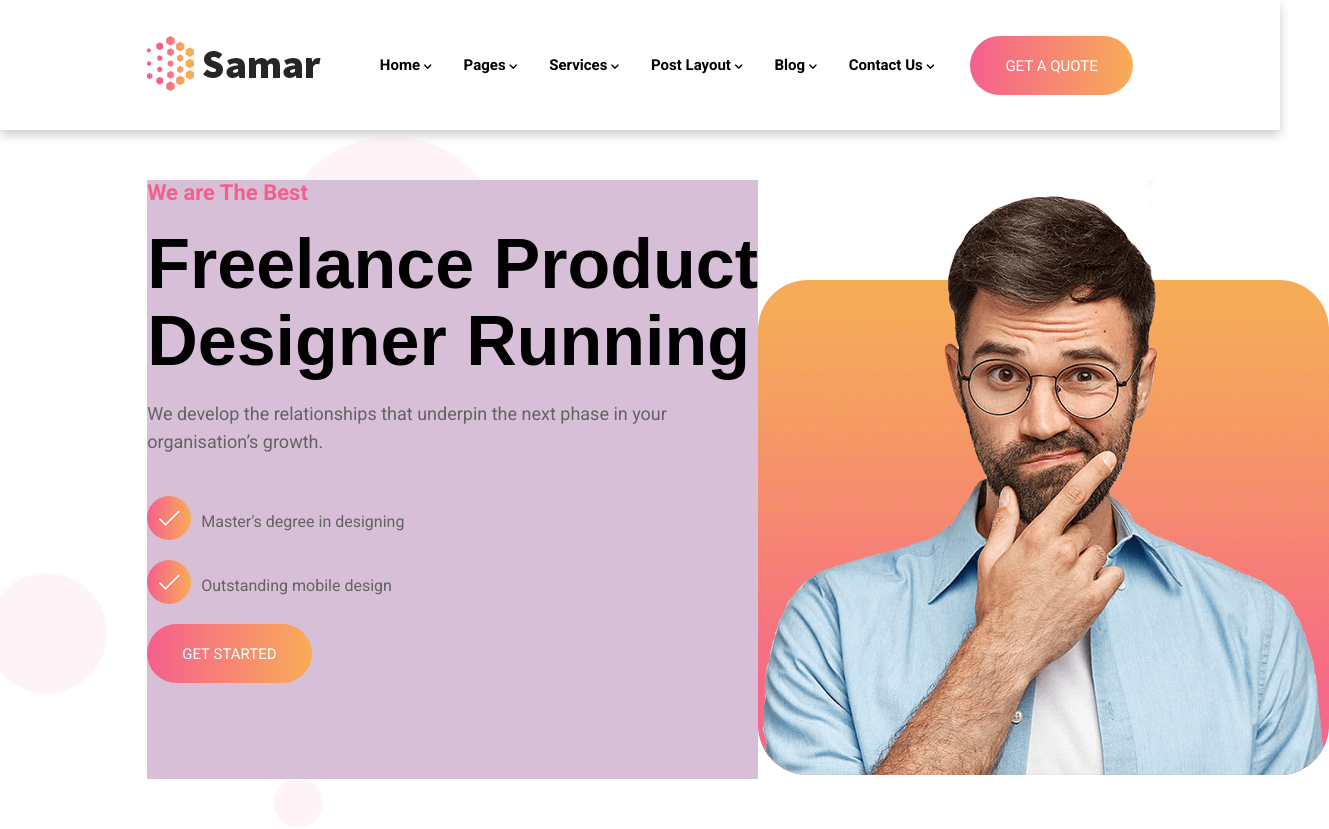
Repository: leequanganh/sammar
Page: html/index.html
These files come from the project's save history. The page is drawn as it stood at one moment and after the next save; the edit follows.
The browser window is 1280 px wide. The page is 1329 px wide, so the pictures cover 1329 px, including what lies to the right of the window. The pictures show the whole page.

Above is the page before, as saved 2021-12-09 15:30:25.

### html/index.html
<!DOCTYPE html>
<html lang="en">
<head>
    <meta charset="UTF-8">
    <meta http-equiv="X-UA-Compatible" content="IE=edge">
    <meta name="viewport" content="width=device-width, initial-scale=1.0">
    <link rel="preconnect" href="https://fonts.googleapis.com">
<link rel="preconnect" href="https://fonts.gstatic.com" crossorigin>
<link href="https://fonts.googleapis.com/css2?family=Roboto:ital,wght@0,100;0,300;0,400;0,700;1,500;1,700;1,900&display=swap" rel="stylesheet">
            <!-- /////////////////// -->
    <link rel="stylesheet" href="../css/flaticon.css">
    <link rel="stylesheet" href="https://cdnjs.cloudflare.com/ajax/libs/line-awesome/1.3.0/line-awesome/css/line-awesome.min.css" integrity="sha512-vebUliqxrVkBy3gucMhClmyQP9On/HAWQdKDXRaAlb/FKuTbxkjPKUyqVOxAcGwFDka79eTF+YXwfke1h3/wfg==" crossorigin="anonymous" referrerpolicy="no-referrer" />
    <link rel="stylesheet" href="https://cdnjs.cloudflare.com/ajax/libs/font-awesome/5.15.4/css/all.min.css" integrity="sha512-1ycn6IcaQQ40/MKBW2W4Rhis/DbILU74C1vSrLJxCq57o941Ym01SwNsOMqvEBFlcgUa6xLiPY/NS5R+E6ztJQ==" crossorigin="anonymous" referrerpolicy="no-referrer" />
                 <!-- ////////////////////// -->
    <link rel="stylesheet" href="../css/index.css">
    <title>Document</title>
</head>
<body>
<!-- header start  -->
    <div class="header" id="navbar">

        <div class="header__contain">
            <div class="header_logo" id="logo">
                <img src="../img/logo-2.png" alt="">
            </div>
            <div class="header_nav">
                <ul>
                    <li> <a href=""> <span>Home</span>
                        <i class="fas fa-chevron-down"></i></a> </li>
                    <li> <a href=""><span>Pages</span>
                        <i class="fas fa-chevron-down"></i></a></li>
                    <li><a href=""> <span>Services</span>
                        <i class="fas fa-chevron-down"></i></a></li>
                    <li><a href=""> <span>Post Layout</span>
                        <i class="fas fa-chevron-down"></i></a></li>
                    <li><a href=""><span>Blog</span>
                        <i class="fas fa-chevron-down"></i></a></li>
                    <li><a href=""><span>Contact Us</span>
                        <i class="fas fa-chevron-down"></i></a></li>
                </ul>
                <div class="btn">
                    <a href="">GET A QUOTE</a>
                </div>
            </div>
        </div>
    </div>
<!-- header end  -->
<!-- banner start  -->
    <div class="banner">
        <div class="banner__contain">
            <div class="banner_text">
                <h4>We are The Best</h4>
                <h1>Freelance Product <br> Designer Running</h1>
                <p>We develop the relationships that underpin the next phase in your <br>
                    organisation’s growth.</p>
                <span><i class="las la-check"></i>Master's degree in designing</span>
                <span><i class="las la-check"></i>Outstanding mobile design</span>

                <!-- <ul>
                    <li>Master's degree in designing</li>
                    <li>Outstanding mobile design</li>

                </ul> -->
                <div class="btn"><a href="">GET STARTED</a></div>

            </div>
            <div class="banner_img">
                <img src="../img/pic3_1.png" alt="">
            </div>
        </div>
    </div>
<!-- banner end  -->
    <script src="https://code.jquery.com/jquery-3.6.0.min.js" integrity="sha256-/xUj+3OJU5yExlq6GSYGSHk7tPXikynS7ogEvDej/m4=" crossorigin="anonymous"></script>
    <script>
        $(document).ready(function(){
            $(window).scroll(function(){
                if($(this).scrollTop()){
                    $('header').addClass('sticky');
                }else{
                    $('header').removeClass('sticky');
                }
            })
        });
    </script>
</body>
</html>

### css/index.css
*{
padding: 0;
margin: 0;
border: 0;
box-sizing: border-box;
font-family: 'Roboto', sans-serif;
}
body{
    /* height: 9000px;
    background-color: antiquewhite; */
}
/* header-start  */
.header{
    display: flex;
    justify-content: center;
    position: fixed;
        width: 100%;
        top: 0;
    z-index: 1;
    box-shadow: 0px 5px 10px rgba(0, 0, 0,0.2);
    overflow: hidden;
    transition: 0.5s;
    background: rgba(0,0,0,0);
}
.header__contain{
    width: 77%;
    display: flex;
    justify-content: space-between;
    align-items: center;
}
.header_nav {
    width: 80%;
    display: flex;
    justify-content: flex-end;
    align-items: center;
}
ul{
    display: flex;
}
.header_nav ul li{
    transition: 0.3s;
    padding: 55px 16px ;
    list-style: none;
}
.header_nav li a {
    font-size: 15px;
    list-style: none;
    text-decoration: none;
    color: black;
    font-weight: 600;
}
.header_nav li a span{
    line-height: 20px;
}
.header_nav li:hover{
    cursor: pointer;
}
.header_nav li a {
    display: inline-block;
}
span{
    display: inline-block;
}
.header_nav li:hover a span  {
   animation-name: upToDown;
   animation-duration: 0.5s;
   color: #f55f8d;
   cursor: pointer;
}
.header_nav li:hover a i{
   color: #f55f8d;
}
.header_nav li a i{
    font-size: 9px;
}
.header .btn{
    margin-left: 20px;
}
.btn {
    padding: 20px 35px;
    border-radius: 30px;
    border-width: 1px;
    background-image: linear-gradient(to right,#f55f8d 0,#f8ae56 51%,#f55f8d 100%);
    background-position: left bottom;
    background-size: 200%;
    transition: 0.5s;
}
.btn a{
    color: white;
    line-height: 18px;
    font-size: 15px;
    font-weight: 500;
    text-decoration: none;

}
.btn:hover {
    background-position: right center;
}
/* header-end  */
/* banner start  */
.banner {
    background-image: url(../img/pic2.png);
    background-size: cover;
    background-repeat: no-repeat;
    /* background-position: center; */
    padding-top: 130px;
    display: flex;
    flex-direction: row;
    justify-content: center;
}
.banner__contain{
    display: flex;
    /* overflow: visible; */
    padding: 50px 0;
    /* justify-content: space-between; */
    width: 77%;
}
.banner_text{
    background-color: thistle;
    display: flex;
    flex-direction: column;
    align-items:flex-start;

}
.banner_text h4{
    color: #f55f8d;
    font-size: 22px;
    font-weight: 600;
    line-height: 26px;
    margin-bottom: 20px;
}
.banner_text h1{
    font-size: 70px;
    line-height: 1.1;
    font-weight: 800;
    margin-bottom: 20px;
    font-family: "Poppins", sans-serif;

}
.banner_text p{
    color: #636363;
    font-size: 18px;
    line-height: 28px;
    margin-bottom: 20px;
}
.banner_text span{
    margin: 20px 0 0 0;
    color: #636363;
}
.banner_text span i{
    font-size: 24px;
    padding: 10px;
    background-image: linear-gradient(to right,#f55f8d 0,#f8ae56 51%,#f55f8d 100%);
    border-radius: 50%;
    background-size: 200%;
    color: white;
    margin-right: 10px;
}
.banner_text .btn{
    margin-top: 20px;
}

.banner_img{
    width: 30%;
}

.banner_img{
    /* position: relative; */
}

/* banner end  */
/* animate  */
@keyframes upToDown {
    49% {
      transform: translateY(100%);
    }
    50% {
      opacity: 0;
      transform: translateY(-100%);
    }
    51% {
      opacity: 1;
    }
  }
/* animate  */

Loaded but not shown: css/flaticon.css (common file)

After the next save:
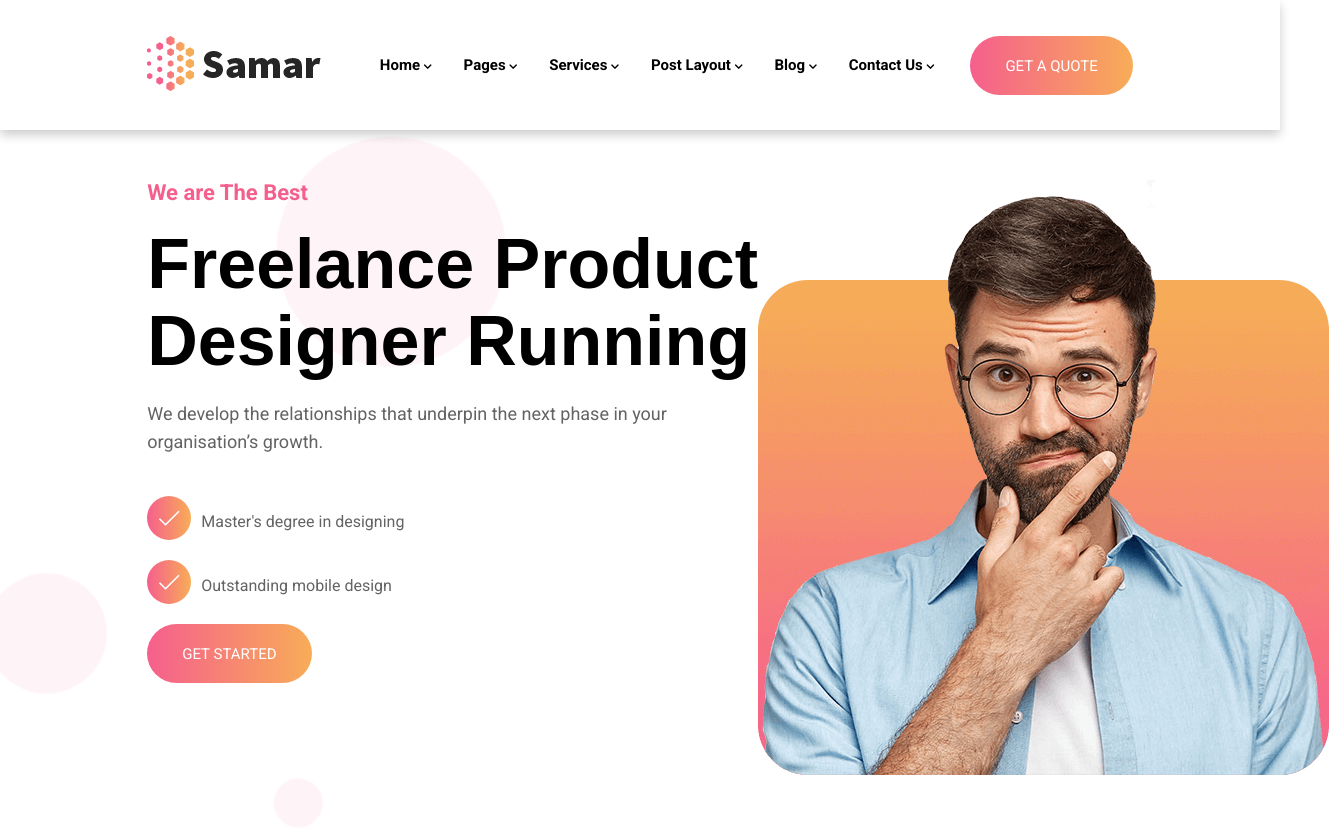
Saved 11 s later.
--- a/css/index.css
+++ b/css/index.css
@@ -116,7 +116,7 @@ span{
     width: 77%;
 }
 .banner_text{
-    background-color: thistle;
+    /* background-color: thistle; */
     display: flex;
     flex-direction: column;
     align-items:flex-start;
